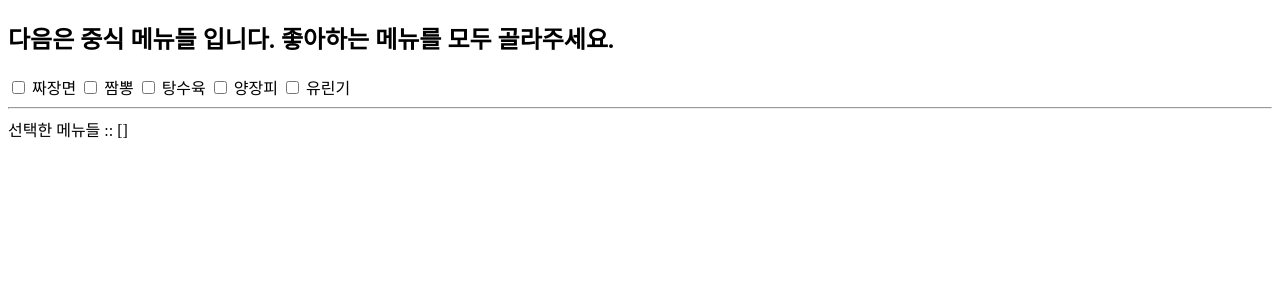
Repository: KangHoi/encore_vueWorkspace
Page: vue02_Methods/WebContent/vue08_v-model.html
The author's editor kept a copy of each file at every save. The page is drawn from the files as they stood at one save, then again after the next save.
The browser window is 1280 px wide. The pictures show the whole page.

Above is the page before, as saved 2021-07-09 02:37:03.

### vue02_Methods/WebContent/vue08_v-model.html
<!DOCTYPE html>
<html>
<head>
<meta charset="UTF-8">
<title>v-for</title>
<script src="https://cdn.jsdelivr.net/npm/vue/dist/vue.js"></script>

</head>
<body>
	<div id ="app">
		<h2><b>다음은 중식 메뉴들 입니다. 좋아하는 메뉴를 모두 골라주세요.</b></h2>
		<input type="checkbox" value="짜장면" v-model="menu"> 짜장면
		<input type="checkbox" value="짬뽕" v-model="menu"> 짬뽕
		<input type="checkbox" value="탕수육" v-model="menu"> 탕수육
		<input type="checkbox" value="양장피" v-model="menu"> 양장피
		<input type="checkbox" value="유린기" v-model="menu"> 유린기

		<hr>
		선택한 메뉴들 :: <span>{{menu}}</span>
	</div>

	<script>
		var app = new Vue({
			el:'#app',
			data:{
				menu : []
			}

		});
	</script>
</body>
</html>

After the next save:
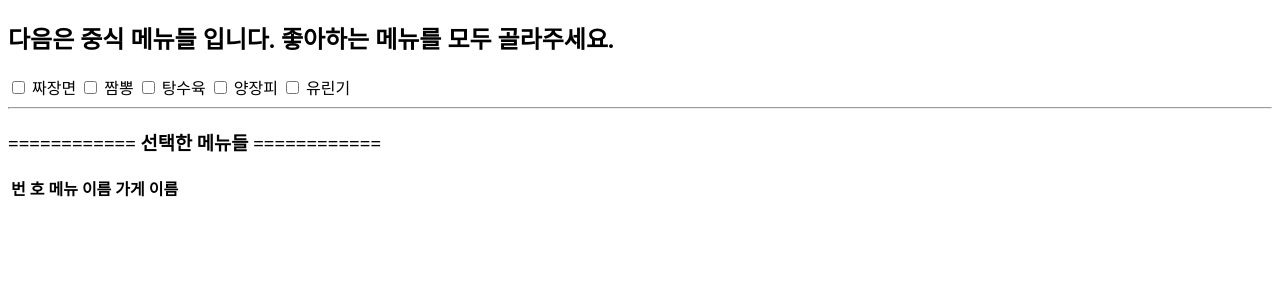
Saved 3 min 15 s later.
--- a/vue02_Methods/WebContent/vue08_v-model.html
+++ b/vue02_Methods/WebContent/vue08_v-model.html
@@ -16,7 +16,22 @@
 		<input type="checkbox" value="유린기" v-model="menu"> 유린기
 
 		<hr>
-		선택한 메뉴들 :: <span>{{menu}}</span>
+		<h3> ============ 선택한 메뉴들 ============</h3>
+
+		<table id="list">
+			<thead>
+				<tr>
+					<th>번 호</th><th>메뉴 이름</th><th>가게 이름</th>
+				</tr>
+			</thead>
+			<tbody>
+				<tr v-for="(m, index) in menu">
+					<td>{{index+1}}</td>
+					<td>{{m}}</td>
+					<td>ENCORE</td>
+				</tr>
+			</tbody>
+		</table>
 	</div>
 
 	<script>
